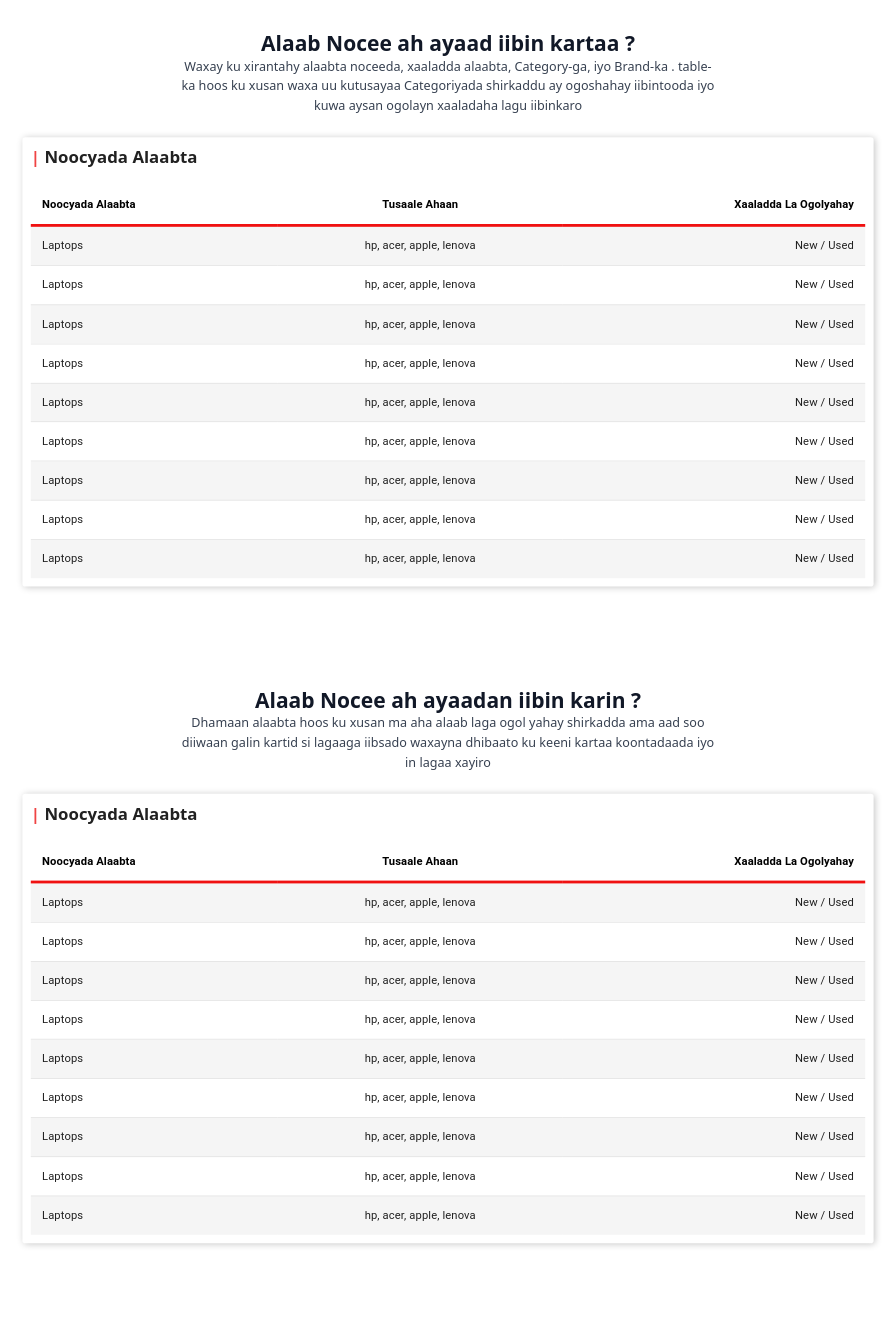
Repository: muraadso/Muraadso-Sellers
Page: /
An editor plug-in stored every save of this project. The page is shown before and after the next save, followed by the edit.
The browser window is 1280 px wide. The pictures show the part of the page from y = 2240 to 4160 px (the page is 4160 px tall), at 70% of full size.
The project was rebuilt for these pictures with package versions that can differ from the ones it lists, and the page was loaded fresh each time. The framework's server and built-in components were replaced by stand-ins that run in the browser. Also part of the build but not shown: next.config.js.

Above is the page before, as saved 2021-12-06 19:55:47.

### pages/_app.js
import '../styles/globals.css'
 import 'tailwindcss/tailwind.css'
import { Layout } from '../components/Layout'


function MyApp({ Component, pageProps }) {
  return (
    <Layout>
      <Component {...pageProps} />
    </Layout>
  )
}

export default MyApp

### pages/index.js
import Head from 'next/head'
import Image from 'next/image'
import Hero from '../components/Hero'
import About from '../components/About'
import Howtoreg from '../components/Howtoreg'
import styles from '../styles/Home.module.css'
import { How } from '../components/How'


export default function Home() {
  return (
    <div className={styles.container}>
      <Head>
        <title>Muraadso Sellers</title>
        <meta name="description" content="Generated by create next app" />
        <link rel="icon" href="/favicon.ico" />
      </Head>
      <Hero />
      <About />
      <How />
      <Howtoreg />
    </div>
  )
}

### styles/globals.css
@import url('https://fonts.googleapis.com/css2?family=Lato:ital,wght@0,300;0,400;0,700;0,900;1,700&family=Poppins:wght@200;300;400;500;600;700&display=swap');
html,
body {
  padding: 0;
  margin: 0;
}

a {
  color: inherit;
  text-decoration: none;
}

* {
  box-sizing: border-box;
}


.navbar {
  box-shadow: 2px 1px 7px rgba(0, 0, 0, 0.226);
  font-family: 'Poppins', sans-serif  ;
  font-weight: 500;

}
  .logo{
    font-family: 'Lato', sans-serif;
    font-weight: 700;
    color: rgb(233, 59, 59);
    font-size: 20px ;
  }
  .how-card{
    position: relative;
    box-shadow: 0 2px 10px rgba(0, 0, 0, 0.336) ;
  }





@media screen and  (max-width: 768px){
  .nav{
    padding-top: 40px;
    display: flex;
    flex-direction: column;

  }

  .how-card{
  margin-bottom: 25px;
}

.tablle{
  margin-bottom: 90px;
}
.tablle2{

}

}




@tailwind base;
@tailwind components;
@tailwind utilities

### components/Layout.js
import Navbar from "./Navbar"
import Footer from "./Footer"

export const Layout = ({children}) => {
    return (
        <div className="layout">
            <Navbar />
                {children}
            <Footer />



        </div>
    )
}

### components/Hero.jsx
const Hero = () => {
    return (
        <div className="md:grid-cols-2 md:grid md:mt-11 hero">
                <div className="md:px-16 md:py-36 py-11 herotxt">
                    <h6 className="px-2 font-medium text-gray-500">ku iibi muraadso</h6>
                    <h1 className="my-5 text-3xl font-bold text-gray-800 capitalize md:font-bold md:text-gray-800 md:capitalize lg:text-6xl">sidee ugu iibin krtaa <br /> alaabtaada <span  className="text-red-600 md:text-red-600">muraadso</span></h1>

                    <p className="text-gray-700 md:text-left">
                         Whether you’ve already got an established e-commerce business , a great idea for a new product, or you just have a passion for selling, here’s how to take that next step with Muraadso </p>
                </div>

                <div className="heroimg">
                    <img className="w-4/4 "  src="/images/heroimage.png" alt="heroimage" />
                </div>
        </div>
    )
}

export default Hero

### components/About.jsx

const About = () => {
    return (
        <div className="mt-32">
            <h1 className="text-3xl font-bold text-center">Ku Iibso Muraadso</h1>
            <div className="gap-0 md:px-16 md:grid-cols-2 md:grid about-content">
                <div className="mt-12 aboutimg">
                  <img src="/images/aboutimage.png" className="md:h-96" alt="about image" />
                </div>
                <div className="md:mt-20 mt-11 about-text">
                    <p className="text-xl text-justify">
                        Muraadso waa hogaanka suuqa casriga ee online waana suuq aad ku iibin kartid alaabtaada, ahaw ganacsade alaabta sameeya, mid soo dajiya, si fudud ayaad ugu iibin kartaa suuqa casriga muraadso, sidoo kale ka mid noqo ganacsiyada shabakada internet ku iibiya alaabaha adiga oon ku kharash badan galin, kana faa’idaysanaya khubarada team ka muraadso helayana tobabaro iyo caawimo sidaad ugu iibin lahayd muraadso dhexdeeda Ku dhex iibta muraadso waa wax fudud sidoo kalena kharash yari kaaga bixi karo ama wax kharash ahi kaa baxayn, kaliya waxa lagaaga bahanyay in aad is diwaan galisid, kuna gurtid alaabta aad haysid online shirkada sidaana aad ku bilawdid iibka alaabtaada....<span className="text-red-600">Read More</span>
                    </p>
                </div>


            </div>
        </div>
    )
}

export default About

### components/Howtoreg.jsx
import * as React from 'react';
import { styled } from '@mui/material/styles';
import Table from '@mui/material/Table';
import TableBody from '@mui/material/TableBody';
import TableCell, { tableCellClasses } from '@mui/material/TableCell';
import TableContainer from '@mui/material/TableContainer';
import TableHead from '@mui/material/TableHead';
import TableRow from '@mui/material/TableRow';
import Paper from '@mui/material/Paper';

const StyledTableCell = styled(TableCell)(({ theme }) => ({

  [`&.${tableCellClasses.head}`]: {
    backgroundColor: theme.palette.common.white,
    color: theme.palette.common.black,
    borderBottom: '4px solid rgb(240, 17, 17)' ,
    fontSize: '16px',
    fontWeight: 'bold',

  },
  [`&.${tableCellClasses.body}`]: {
    fontSize: 16,
  },
}));

const StyledTableRow = styled(TableRow)(({ theme }) => ({
  '&:nth-of-type(odd)': {
    backgroundColor: theme.palette.action.hover,


  },
  // hide last border
  '&:last-child td, &:last-child th': {
    border: 0,
  },
}));





function createData(noocaAlaabta, tusaale, xaaladda) {
  return { noocaAlaabta, tusaale, xaaladda };
}

const rows = [
  createData('Laptops', 'hp, acer, apple, lenova ', 'New / Used'),
  createData('Laptops', 'hp, acer, apple, lenova ', 'New / Used'),
  createData('Laptops', 'hp, acer, apple, lenova ', 'New / Used'),
  createData('Laptops', 'hp, acer, apple, lenova ', 'New / Used'),
  createData('Laptops', 'hp, acer, apple, lenova ', 'New / Used'),
  createData('Laptops', 'hp, acer, apple, lenova ', 'New / Used'),
  createData('Laptops', 'hp, acer, apple, lenova ', 'New / Used'),
  createData('Laptops', 'hp, acer, apple, lenova ', 'New / Used'),
  createData('Laptops', 'hp, acer, apple, lenova ', 'New / Used'),

];

export default function Howtoreg() {
  return (
      <>
    <div className="flex flex-col items-center justify-center tablle mb-36">
                <h1 className="text-xl font-bold text-center text-gray-900 md:text-3xl">Alaab Nocee ah ayaad iibin kartaa ?</h1>
                <p className="max-w-3xl mb-8 text-sm text-center text-gray-700 md:text-lg">Waxay ku xirantahy alaabta noceeda, xaaladda alaabta, Category-ga, iyo Brand-ka .
                table-ka hoos ku xusan waxa uu kutusayaa Categoriyada shirkaddu ay ogoshahay iibintooda
                iyo kuwa aysan ogolayn xaaladaha lagu iibinkaro </p>

            <TableContainer className="" component={Paper} sx={{ padding: "12px", maxWidth: 1400, boxShadow: '2px 1px 11px rgba(0, 0, 0, 0.226)' }}>
        <h1 className="mb-6 text-2xl font-bold "> <span className="font-black text-red-500 ">|</span> Noocyada Alaabta</h1>
      <Table sx={{ minWidth: 700 }} aria-label="customized table">
        <TableHead>
          <TableRow>
            <StyledTableCell>Noocyada Alaabta</StyledTableCell>
            <StyledTableCell align="center"> Tusaale Ahaan</StyledTableCell>
            <StyledTableCell align="right">Xaaladda La Ogolyahay</StyledTableCell>
          </TableRow>
        </TableHead>
        <TableBody>
          {rows.map((row) => (
            <StyledTableRow key={row.noocaAlaabta} sx={{backgroundColor: 'white'}}>
              <StyledTableCell component="th" scope="row">
                {row.noocaAlaabta}
              </StyledTableCell>
              <StyledTableCell   align="center">{row.tusaale}</StyledTableCell>
              <StyledTableCell align="right">{row.xaaladda}</StyledTableCell>
            </StyledTableRow>
          ))}
        </TableBody>
      </Table>
    </TableContainer>

    </div>

    <div className="flex flex-col items-center justify-center tablle2 mb-36">
            <h1 className="text-xl font-bold text-center text-gray-900 md:text-3xl">Alaab Nocee ah ayaadan iibin karin ?</h1>
            <p className="max-w-3xl mb-8 text-sm text-center text-gray-700 md:text-lg">Dhamaan alaabta hoos ku xusan ma aha alaab laga ogol yahay shirkadda
                ama aad soo diiwaan galin kartid si lagaaga iibsado waxayna dhibaato
                ku keeni kartaa koontadaada iyo in lagaa xayiro</p>

            <TableContainer className="" component={Paper} sx={{ padding: "12px", maxWidth: 1400, boxShadow: '2px 1px 11px rgba(0, 0, 0, 0.226)' }}>
                        <h1 className="mb-6 text-2xl font-bold"> <span className="font-black text-red-500 ">|</span> Noocyada Alaabta</h1>
      <Table sx={{ minWidth: 700 }} aria-label="customized table">
        <TableHead className="" >
          <TableRow className="">
            <StyledTableCell>Noocyada Alaabta</StyledTableCell>
            <StyledTableCell align="center"> Tusaale Ahaan</StyledTableCell>
            <StyledTableCell align="right">Xaaladda La Ogolyahay</StyledTableCell>
          </TableRow>
        </TableHead>
        <TableBody>
          {rows.map((row) => (
            <StyledTableRow key={row.noocaAlaabta} sx={{backgroundColor: 'white'}}>
              <StyledTableCell  component="th" scope="row">
                {row.noocaAlaabta}
              </StyledTableCell>
              <StyledTableCell   align="center">{row.tusaale}</StyledTableCell>
              <StyledTableCell align="right">{row.xaaladda}</StyledTableCell>
            </StyledTableRow>
          ))}
        </TableBody>
      </Table>
    </TableContainer>

    </div>

     </>
  );
}

### components/How.jsx
export const How = () => {
    return (
        <div className="flex flex-col items-center justify-center mt-32 mb-24 how md:gap-y-4 gap-y-11">
            <div className="howheader">
            <h2 className="text-4xl font-bold text-center">Sidee u shaqaysaa</h2>
            <p className="mt-2 text-lg text-center text-gray-600">habka uu ushaqeeyo adeegan waa sidatan hoos ku xusan</p>
            </div>
            <div className="h-full md:p-16 md:gap-4 gap-72 md:grid-cols-4 md:grid howsteps">

                <div className="relative max-h-full p-6 bg-white border-4 border-red-400 rounded how-card ">
                    <div className="flex items-center justify-center my-4 card-icon ">
                        <img  src="./icons/register.png" alt="register" />

                    </div>
                    <div className="mb-4 text-xl text-center text-gray-800 cardbody">
                        Macmiil iska diiwaan geli adeega, 24h kadib waxad helaysa fariin ah in lagu aqbalay
                    </div>
                    <div className="absolute flex items-center justify-center w-10 h-10 font-bold text-red-500 bg-white border-2 border-red-500 rounded-full md:left-36 -bottom-5 md:left-40 left-36 place-content-center card-number"> <h2>1</h2></div>
                </div>


                <div className="relative max-h-full p-6 bg-white border-4 border-red-400 rounded how-card ">
                    <div className="flex items-center justify-center my-4 card-icon ">
                        <img className="h-24"  src="./icons/features.png" alt="register" />
                    </div>
                    <div className="mb-4 text-xl text-center text-gray-800 cardbody">
                        Macmiil iska diiwaan geli adeega, 24h kadib waxad helaysa fariin ah in lagu aqbalay
                    </div>
                    <div className="absolute flex items-center justify-center w-10 h-10 font-bold text-red-500 bg-white border-2 border-red-500 rounded-full md:left-36 -bottom-5 md:left-40 left-36 place-content-center card-number"> <h2>2</h2></div>
                </div>




                <div className="relative max-h-full p-6 bg-white border-4 border-red-400 rounded how-card ">
                    <div className="flex items-center justify-center my-4 card-icon ">
                        <img className="h-24"  src="./icons/verified.png" alt="register" />

                    </div>
                    <div className="mb-4 text-xl text-center text-gray-800 cardbody">
                        Macmiil iska diiwaan geli adeega, 24h kadib waxad helaysa fariin ah in lagu aqbalay
                    </div>
                    <div className="absolute flex items-center justify-center w-10 h-10 font-bold text-red-500 bg-white border-2 border-red-500 rounded-full md:left-36 -bottom-5 md:left-40 left-36 place-content-center card-number"> <h2>3</h2></div>
                </div>


                <div className="relative max-h-full p-6 bg-white border-4 border-red-400 rounded how-card ">
                    <div className="flex items-center justify-center my-4 card-icon ">
                        <img className="h-24"  src="./icons/givemoney.png" alt="register" />

                    </div>
                    <div className="mb-4 text-xl text-center text-gray-800 cardbody">
                        Macmiil iska diiwaan geli adeega, 24h kadib waxad helaysa fariin ah in lagu aqbalay
                    </div>
                    <div className="absolute flex items-center justify-center w-10 h-10 font-bold text-red-500 bg-white border-2 border-red-500 rounded-full md:left-36 -bottom-5 md:left-40 left-36 place-content-center card-number"> <h2>4</h2></div>
                </div>

            </div>
            <p className="text-center text-gray-800">Wixii faahfaahin ah waxaad kala xiriiri kartaa lambaradan hoos kuugu xusan</p>
            <a className="font-medium text-red-600" href="#">+252 63 3333471</a>

        </div>
    )
}

### components/Navbar.jsx
import React, { useState } from "react";
import { HiOutlineMenuAlt2, HiOutlineMenuAlt3 } from "react-icons/hi";



export default function Navbar() {
  const [showNav, setShowNav] = useState(false);

  return (
    <nav className="sticky top-0 z-20 items-center justify-between bg-white px-14 md:px-24 md:py-3 navbar md:flex">
      <div className="flex items-center justify-between">
        <a href="#">
          <h2>Muraadso</h2>
        </a>


        {showNav ? (
          <HiOutlineMenuAlt3
            onClick={() => setShowNav(!showNav)}
            className="block w-10 h-10 p-2 cursor-pointer md:hidden" />

        ) : (
          <HiOutlineMenuAlt2
            onClick={() => setShowNav(!showNav)}
            className="block w-10 h-10 p-2 cursor-pointer md:hidden"
          />
        )}
      </div>

      <ul
        className={
          (showNav ? "left-0" : "-left-full") +
          " md:static fixed bottom-0 md:ml-24 top-14 md:flex md:space-x-6 items-center md:bg-transparent bg-red-300 rounded md:rounded-none md:bg-white bg-opacity-90 md:w-auto w-10/12 md:text-gray-800 text-gray-800  md:space-y-0 space-y-5 p-2 transition-left nav"
        }
      >
        <a href="#"> Home</a>
        <a href="#"> About</a>
        <a href="#"> Doc</a>
        <a href="#"> Contact Us</a>
      <a className="px-4 py-2 text-white bg-red-600 rounded" href="">Signup</a>
      </ul>
    </nav>
  );
}

























// const Navbar = () => {
//     return (
//         <div>
//      <div className="sticky top-0 z-20 items-center justify-between bg-white md:flex navbar">
//          <a className="logo" href="#">Muraadso</a>
//          <nav className="fixed bottom-0 items-center w-10/12 p-2 space-y-5 text-white bg-gray-500 md:static top-12 md:flex md:space-x-7 md:bg-transparent bg-opacity-90 md:w-auto md:text-gray-500 md:space-y-0 transition-left nav">
//              <a className="hover:text-red-600" href="">Home</a>
//              <a className="hover:text-red-600" href="">About</a>
//              <a className="hover:text-red-600" href="">Doc</a>
//              <a className="hover:text-red-600" href="">Contact Us</a>
//          </nav>
//          <a href="#" className="px-4 py-2 text-white bg-red-600 rounded hover:bg-red-700 signup ">Signup</a>
//      </div>

//         </div>
//     )
// }

// export default Navbar

### components/Footer.jsx
const Footer = () => {
    return (
        <div>
        </div>
    )
}

export default Footer

### tailwind.config.js
module.exports = {
   purge: ['./pages/**/*.{js,ts,jsx,tsx}', './components/**/*.{js,ts,jsx,tsx}'],
  darkMode: false, // or 'media' or 'class'
  theme: {
    extend: {
      transitionProperty: {
         'left': 'left',
        }
    },

  },
  variants: {
    extend: {},
  },
  plugins: [],
}

Loaded but not shown: pages/api/hello.js (common file); styles/Home.module.css (common file)

After the next save:
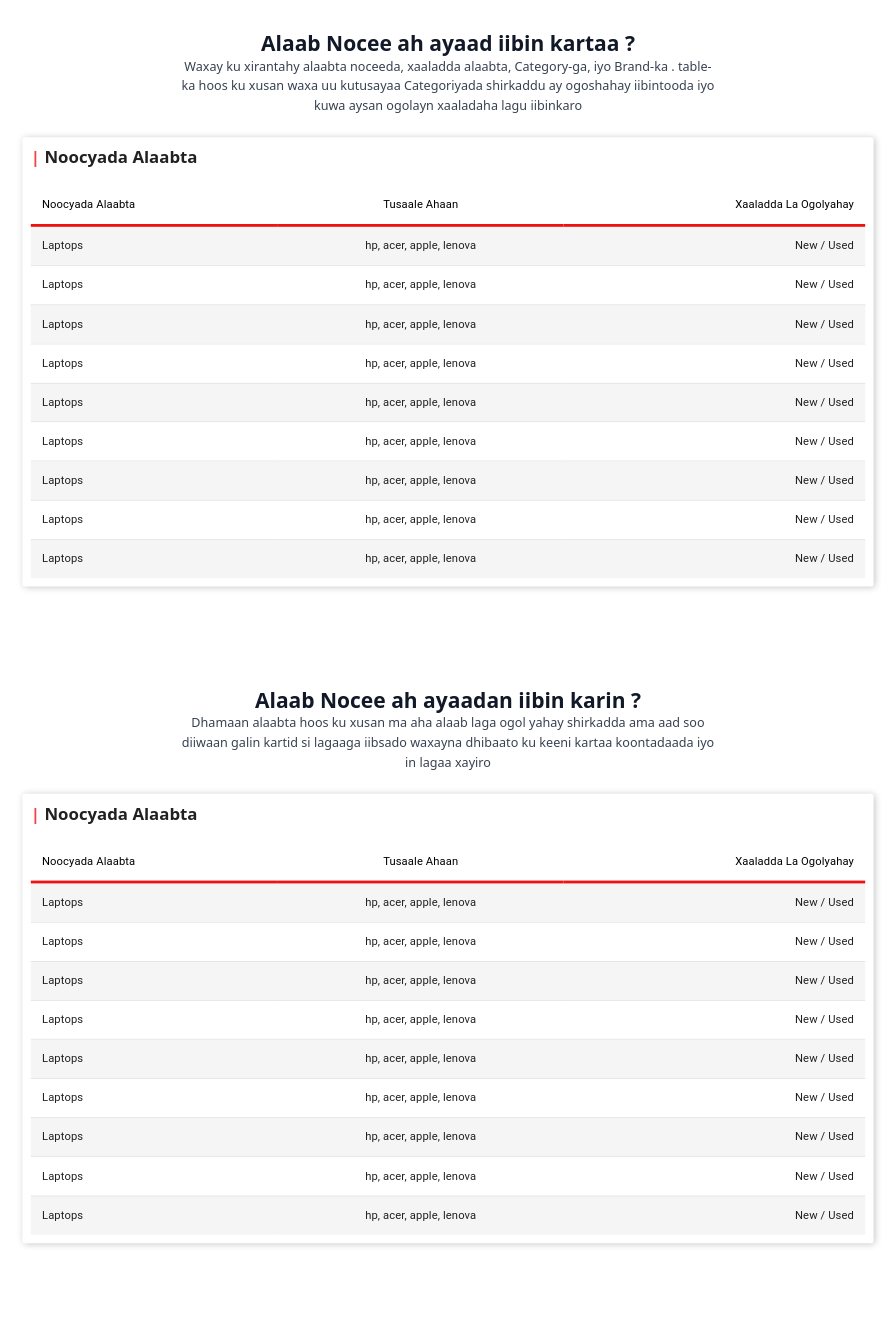
Saved 30 s later.
--- a/components/Howtoreg.jsx
+++ b/components/Howtoreg.jsx
@@ -15,7 +15,7 @@ const StyledTableCell = styled(TableCell)(({ theme }) => ({
     color: theme.palette.common.black,
     borderBottom: '4px solid rgb(240, 17, 17)' ,
     fontSize: '16px',
-    fontWeight: 'bold',
+    fontWeight: 'normal',
 
   },
   [`&.${tableCellClasses.body}`]: {

After the save that followed:
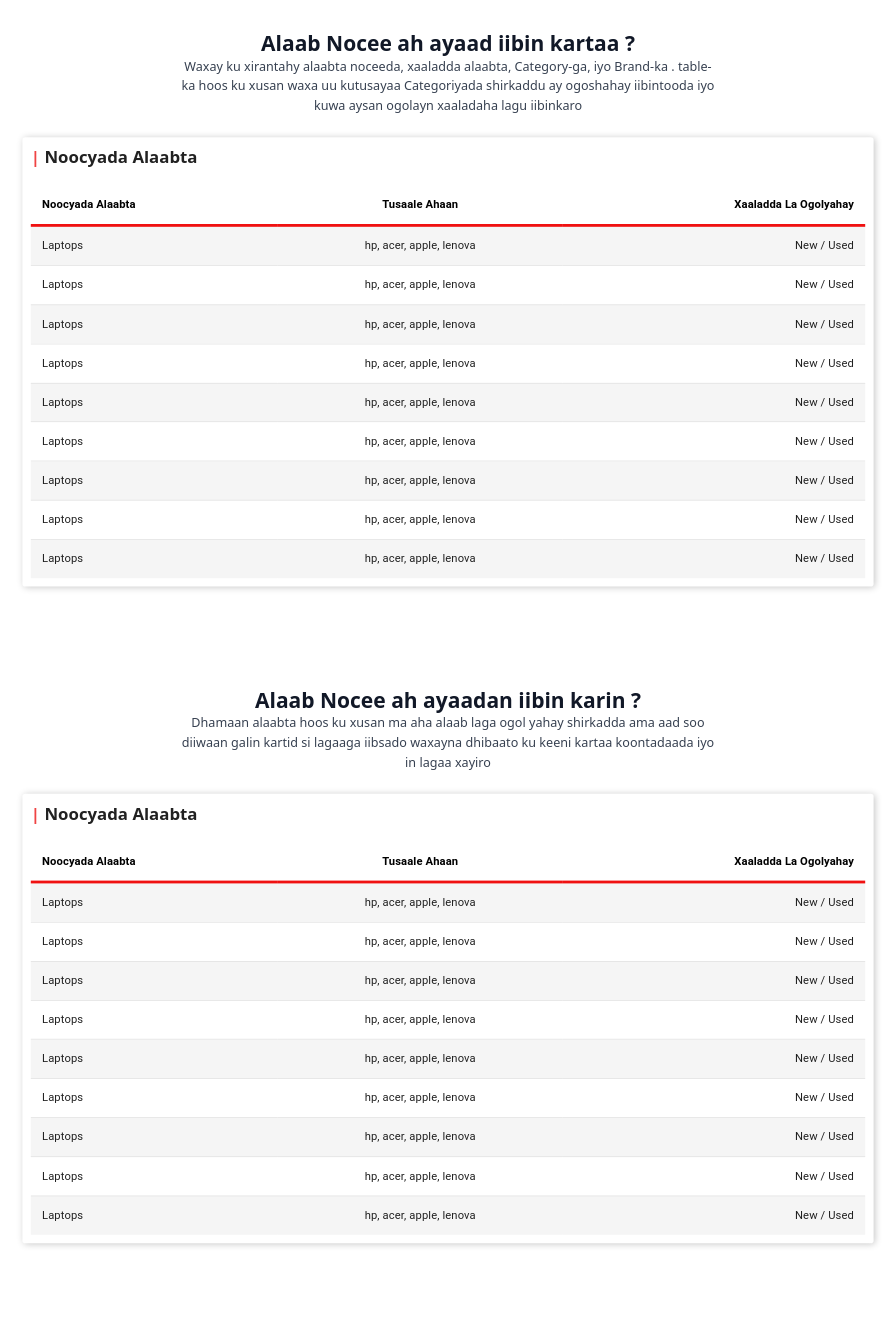
Saved 15 s later.
--- a/components/Howtoreg.jsx
+++ b/components/Howtoreg.jsx
@@ -15,7 +15,7 @@ const StyledTableCell = styled(TableCell)(({ theme }) => ({
     color: theme.palette.common.black,
     borderBottom: '4px solid rgb(240, 17, 17)' ,
     fontSize: '16px',
-    fontWeight: 'normal',
+    fontWeight: '600',
 
   },
   [`&.${tableCellClasses.body}`]: {
